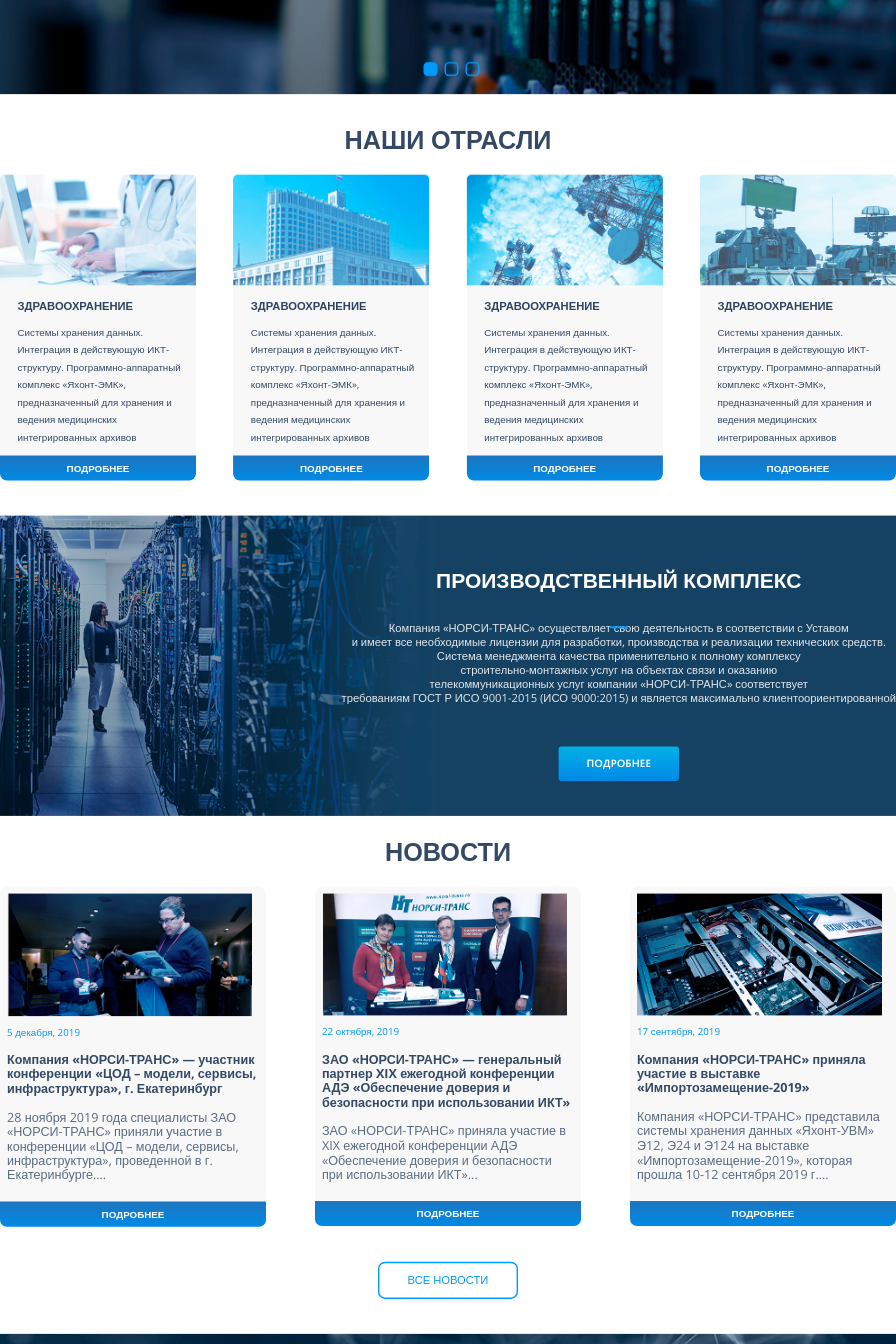
Repository: frostnn/testTaskBurbon
Page: app/index.html
An editor plug-in stored every save of this project. The page is shown before and after the next save, followed by the edit.
The browser window is 1280 px wide. The pictures show the part of the page from y = 431 to 2351 px (the page is 3344 px tall before and 3294 px after), at 70% of full size.
The style sheet was rebuilt from its Sass, Less or Tailwind sources for each picture, by a compiler version that may differ from the author's.

Above is the page before, as saved 2020-07-16 09:52:30.

After the next save:
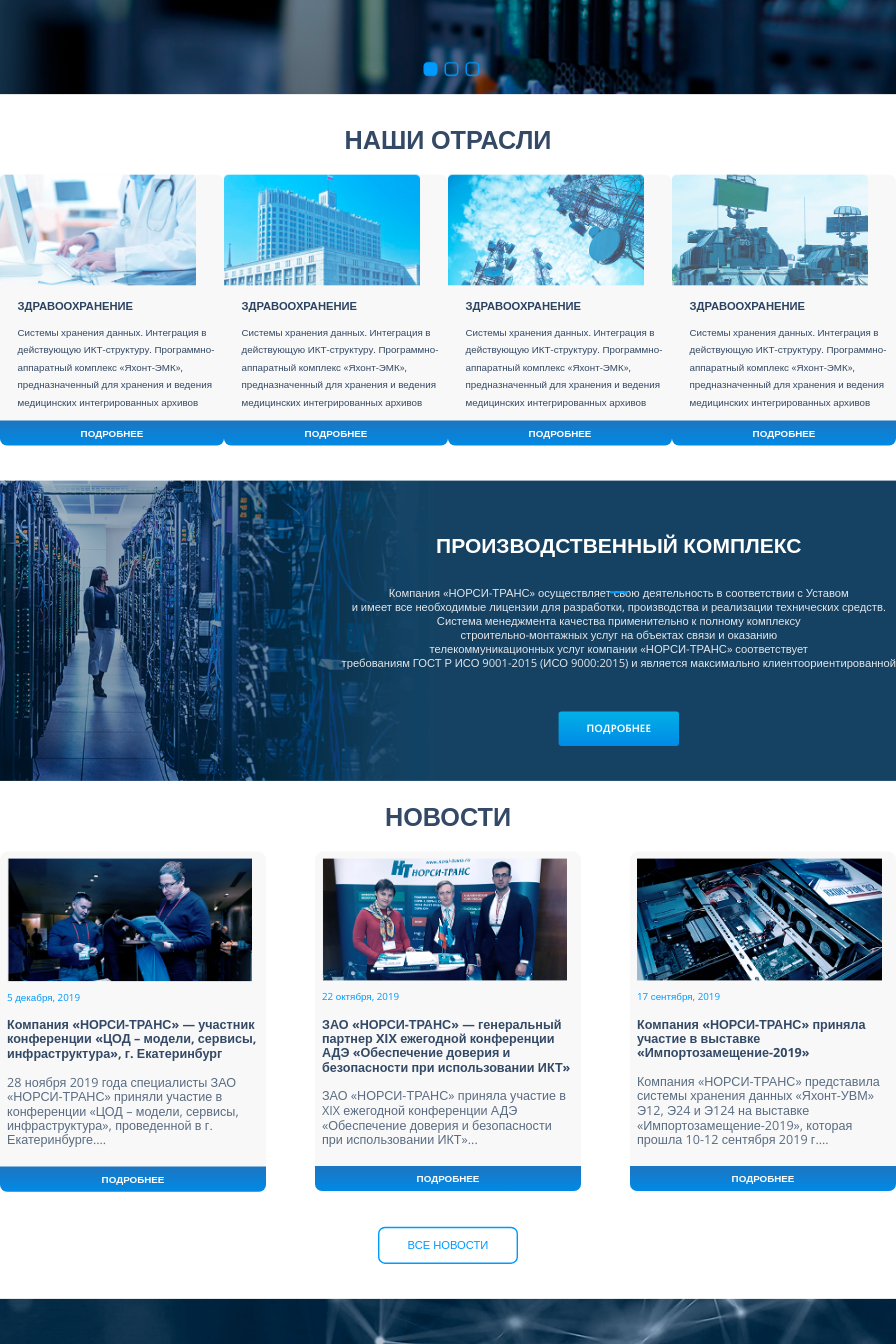
Saved 47 s later.
--- a/app/scss/_media.scss
+++ b/app/scss/_media.scss
@@ -23,7 +23,7 @@
     font-size: 18px;
   }
   .industries-block__content {
-    max-width: 280px;
+    max-width: 320px;
     .industries-block__content-title {
       font-size: 16px;
     }
